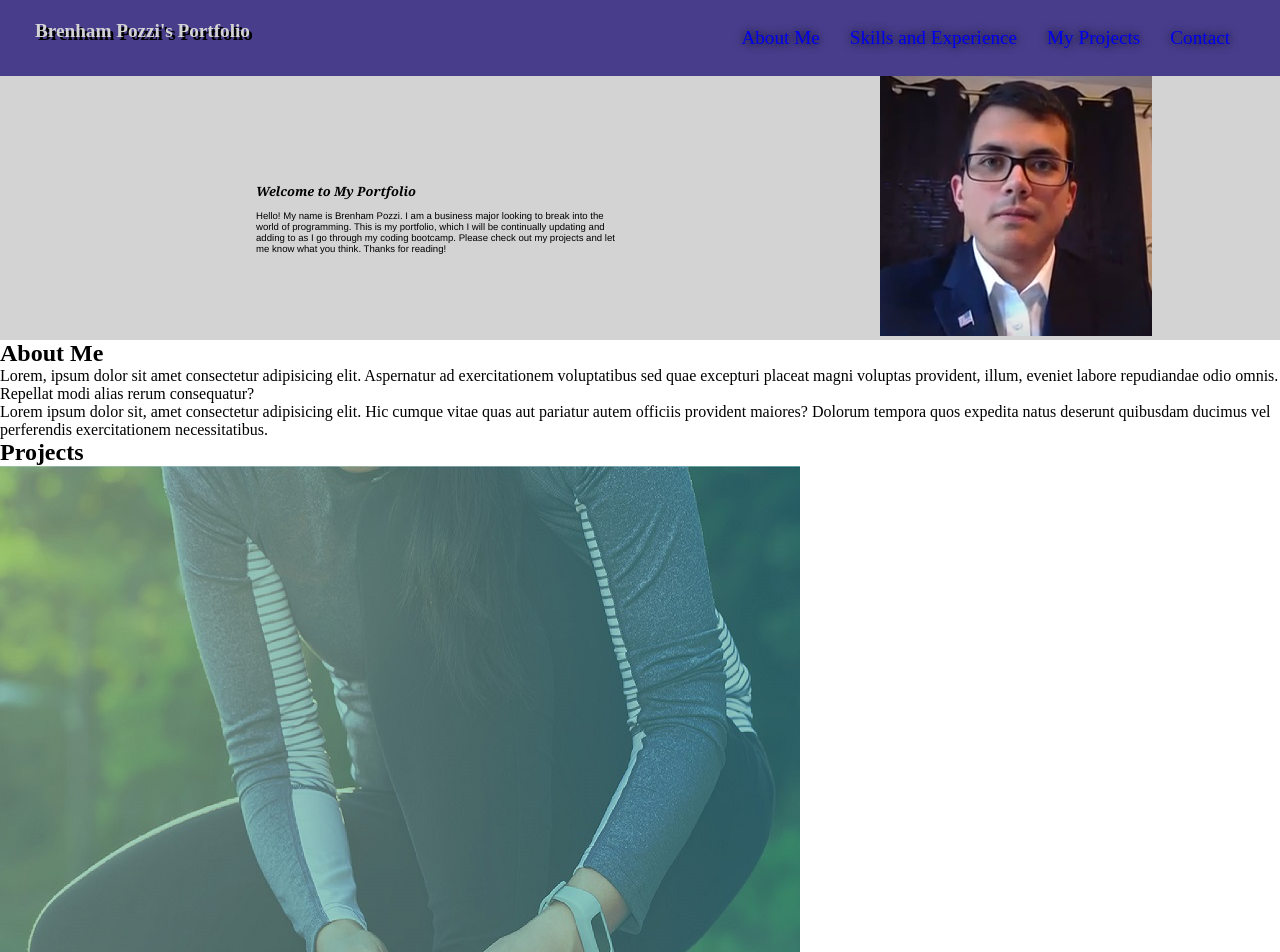
Repository: brenhamp/professional-portfolio
Page: index.html
An editor plug-in stored every save of this project. The page is shown before and after the next save, followed by the edit.
The browser window is 1280 px wide. The pictures show the part of the page from y = 0 to 952 px (the page is 2700 px tall before and 2713 px after).
A picture or video elsewhere on the page could not be fetched, so the positions and the page height are approximate.

Above is the page before, as saved 2021-11-14 19:51:23.

### index.html
<!DOCTYPE html>
<html lang="en">
  <head>
    <meta charset="UTF-8" />
    <meta name="viewport" content="width=device-width, initial-scale=1.0" />
    <link rel="stylesheet" href="./assets/css/styles.css">
    <title>Brenham Pozzi's Portfolio</title>
  </head>
  <body>
    <!-- navigation -->
    <header>
        <a id="top"></a>
      <h1>
        Brenham Pozzi's Portfolio
      </h1>
      <nav>
        <ul>
          <li>
            <a href="#about-me">About Me</a>
          </li>
          <li>
            <a href="#skills-and-experience">Skills and Experience</a>
          </li>
          <li>
            <a href="#my-projects">My Projects</a>
          </li>
          <li>
            <a href="#contact">Contact</a>
          </li>
        </ul>
      </nav>
    </header>
    <!-- end navigation -->

    <!-- hero/welcome -->
    <section class="hero">
      <div class="hero-text">
        <h2>Welcome to My Portfolio</h2>
        <p>
          Hello! My name is Brenham Pozzi. I am a business major looking to break into the world of programming. This is my portfolio, which I will be continually updating and adding to as I go through my coding bootcamp.
          Please check out my projects and let me know what you think. Thanks for reading!
        </p>
      </div>

      <div class="profile-image">
       <img src="./assets/images/profile-picture.PNG" alt="A picture of me in a business suit"/>
      </div>
    </section>
    <!-- end hero -->

    <!-- "About Me" section-->
    <section id="about-me" class="intro">
      <div class="flex-row">
        <h2 class="section-title primary-border">
          About Me
        </h2>
      </div>
      <div class="flex-row">
        <p>
          Lorem, ipsum dolor sit amet consectetur adipisicing elit. Aspernatur ad exercitationem voluptatibus sed quae excepturi placeat magni voluptas provident, illum, eveniet labore repudiandae odio omnis. Repellat modi alias rerum consequatur?
        </p>
      </div>
    </section>
    <!-- end "About Me" -->

    <!-- "Skills and Experience" section -->
    <section id="skills-and-experience" class="skills">
      <div>
          <p>
              Lorem ipsum dolor sit, amet consectetur adipisicing elit. Hic cumque vitae quas aut pariatur autem officiis provident maiores? Dolorum tempora quos expedita natus deserunt quibusdam ducimus vel perferendis exercitationem necessitatibus.
          </p>
      </div>
    </section>
    <!-- end "Skills and Experience" -->

    <!-- "Projects" section start -->
    <section id="projects">
      <div>
        <h2>
          Projects
        </h2>
      </div>

        <article>
          <img src="./assets/images/run-buddy.jpg" alt="Runner tying their shoe on a paved path" />
          <div>
            <h3><a href="http://brenhamp.github.io/run-buddy">Run Buddy</a></h3>
            <p>Lorem ipsum, dolor sit amet consectetur adipisicing elit. Sequi neque animi quo cupiditate commodi saepe culpa sed itaque velit maiores optio dolorem excepturi aperiam dolores, voluptatibus suscipit amet quis repellat!</p>
          </div>
        </article>

        <article>
          <img src="./assets/images/code-refactor.jpg" alt="Four people at a business meeting" />
          <div>
            <h3>
              <a href="http://brenhamp.github.io/code-refactor">Code Refactoring</a>
            </h3>
            <p>Lorem ipsum, dolor sit amet consectetur adipisicing elit. Sequi neque animi quo cupiditate commodi saepe culpa sed itaque velit maiores optio dolorem excepturi aperiam dolores, voluptatibus suscipit amet quis repellat!</p>
            </div>
          </article>

        <article>
          <img src="./assets/images/robot-gladiators.jpg" alt="Stock image of two robots sword-fighting" />
          <div>
            <h3>
              <a href="http://brenhamp.github.io/robot-gladiators">Robot Gladiators</a>
            </h3>
            <p>Lorem ipsum, dolor sit amet consectetur adipisicing elit. Sequi neque animi quo cupiditate commodi saepe culpa sed itaque velit maiores optio dolorem excepturi aperiam dolores, voluptatibus suscipit amet quis repellat!</p>
          </div>
        </article>

    </section>
    <!-- end "Projects" -->

    <!-- "Contact" section start -->

      <section id="contact" class="contact-section">
        <div>
          <h2>Contact Me</h2>
          <p>
            For questions, comments, or concerns, I can be reached at:
          </p>

          <address>
            4689 Giraffe Hill Drive <br/>
            Richardson, TX <br/>
            75081<br/>
            555-234-0315<br/>
            E: <a href="mailto:bpozzi@trinity.edu">bpozzi@trinity.edu</a>
          </address>
        </div>
    </section>
    <!-- end "Contact" -->

    <!-- footer -->
    <footer>
      <h2>Made by Brenham Pozzi, 2021.</h2>
      <div>
        <a href="#top">Return to Top</a><br/>
      </div>
    </footer>
    <!-- end footer -->
  </body>
</html>

### assets/css/styles.css
:root {
    --headline-font: Cambria, Cochin, Georgia, Times, 'Times New Roman', serif;
    --primary-font: 'Franklin Gothic Medium', 'Arial Narrow', Arial, sans-serif;
    --secondary-font: Helvetica, Arial, sans-serif;

    --primary-color: darkslateblue;
    --secondary-color: lightgrey;
}

* {
    box-sizing: border-box;
    margin: 0;
    padding: 0;
}

/* Header style start */
header {
    padding: 20px 35px;
    background-color: var(--primary-color);
    display: flex;
    justify-content: space-between;
    flex-wrap: wrap;
    position: -webkit-sticky;
    position: sticky;
    top: 0;
    color: var(--secondary-color);
    font: var(--primary-font);
    z-index: 9999;
  }

  header h1 {
    font-weight: bold;
    margin: 0;
    font-size: 1.5vw;
    color: var(--secondary-color);
    text-shadow: 0 0 10px rgba(0, 0, 0, 0.5);
    display: flex;
    flex: 1 1 200px;
    text-shadow: 3px 3px black;
  }

  header nav {
    margin: 7px 0;
  }

  header nav ul {
    display: flex;
    flex-wrap: wrap;
    justify-content: space-between;
    list-style: none;
    color: var(--secondary-color);
  }

  header nav ul li a {
    padding: 10px 15px;
    font-weight: lighter;
    font-size: 1.5vw;
    text-shadow: 0 0 10px black;
    text-decoration: none;
  }

  header nav ul li a:hover {
    background: var(--primary-color);
    color: var(--secondary-color);
    border-radius: 15px;
    text-shadow: none;
  }

  header nav ul li a:visited {
      color: var(--secondary-color);
  }
  /*Header style end*/

  /*Hero style start*/

.hero {
    display: flex;
    background-color: var(--secondary-color);
}
.hero-text {
    display: flex;
    flex: 1;
    flex-wrap: wrap;
    font-family: var(--secondary-font);
    text-align: left;
    font-size: .75vw;
    margin: auto 20% auto 20%;
}

.hero h2 {
    padding: 20px 0 10px 0;
    font-style: oblique;
    font-family: var(--headline-font);
    font-size: 1vw;
}

.profile-image {
    display: block;
    margin-left: auto;
    margin-right: 10%;
}

.projects a {
    text-decoration: none;
}

After the next save:
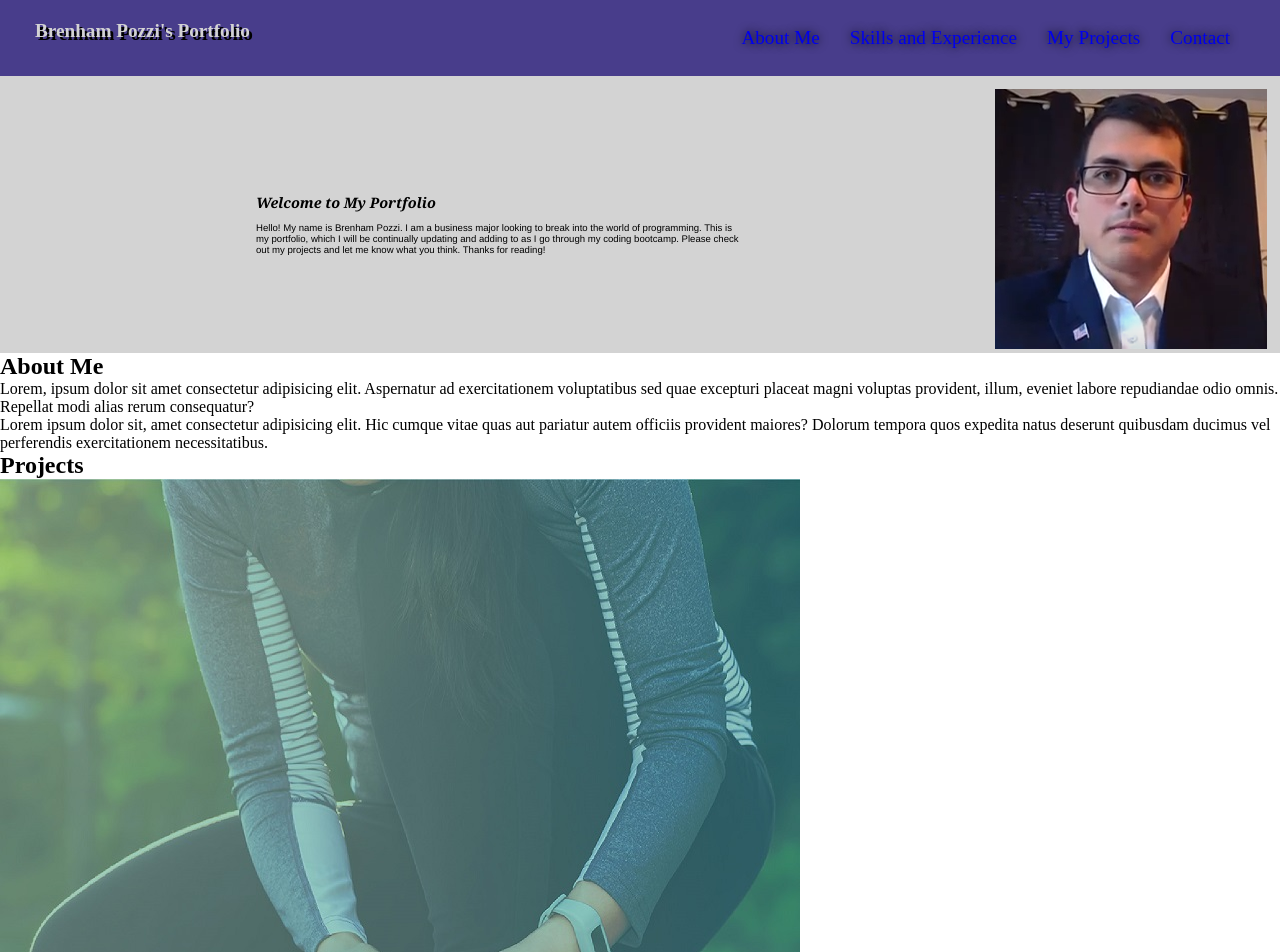
Saved 88 s later.
--- a/assets/css/styles.css
+++ b/assets/css/styles.css
@@ -91,13 +91,11 @@
     padding: 20px 0 10px 0;
     font-style: oblique;
     font-family: var(--headline-font);
-    font-size: 1vw;
 }
 
 .profile-image {
     display: block;
-    margin-left: auto;
-    margin-right: 10%;
+    margin: 1vw 1vw auto auto;
 }
 
 .projects a {
